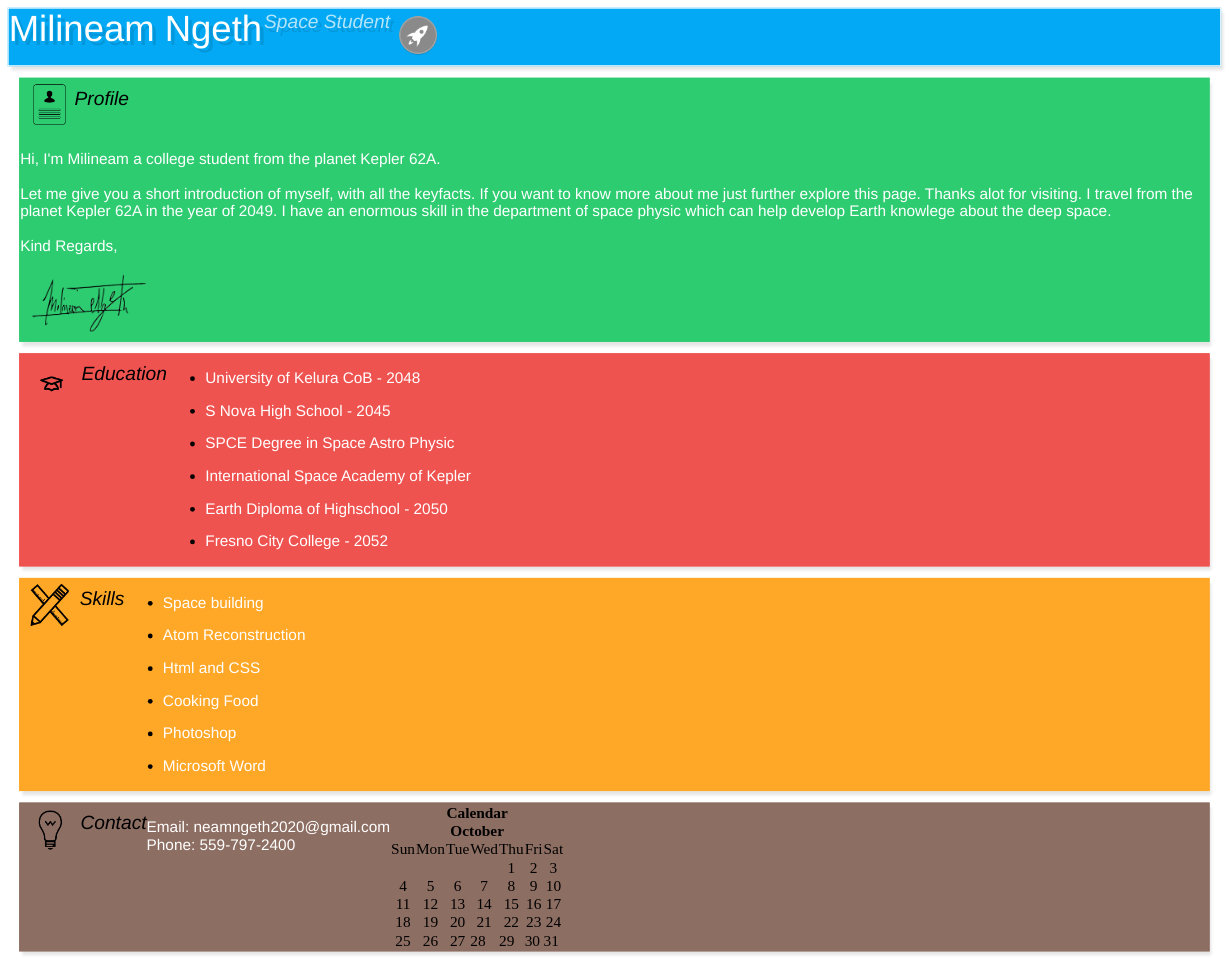
Repository: Milineam6162/workspace
Page: workspace 3/html/fourth.html
The author's editor kept a record of every edit. The page is drawn from the files as they stood at one moment, then again after the next edit.
The browser window is 1280 px wide. The pictures show the whole page, at 96% of full size.

Above is the page before.

### workspace 3/html/fourth.html
<!DOCTYPE html>
<html>
    <head>
        <title>Resume</title>
        <link rel="stylesheet" href="../css/page4.css" type="text/css" />
    </head>
    <body>
     <div class="container">
         <div class="head1">
             <p id="name">Milineam Ngeth</p>
             </div>
        <div class="head2">
             <p id="title"> Space Student</p>
             </div>
        <div>
            <img  class="allicon headimg" src="../images/icon/rocket2.png">
        </div>

     </div>
    <div class="container2">
         <div class="icon1">
             <img class="allicon" src="../images/icon/icon1.png">
        </div>
         <div>
            <p class="idea">Profile</p>
        </div>
        <div>
            <p class="bodytext"> Hi, I'm Milineam a college student from the planet Kepler 62A. <br> <br>Let me give you a short introduction of myself, with all the keyfacts. If you want to know more about me just further explore this page.
                        Thanks alot for visiting. I travel from the planet Kepler 62A in the year of 2049. I have an enormous skill in the department of space physic which can help develop Earth knowlege about the deep space.<br><br>Kind Regards, </p>
                        <img id="sign" src="../images/signature.png"></img>
        </div>

     </div>
     <div class="container3">
         <div class="icon1">
             <img class="allicon" src="../images/icon/edu.png">
        </div>
         <div>
            <p class="idea">Education</p>
        </div>
        <div>
            <div>
                <ul>
                    <li><p>University of Kelura CoB - 2048</p></li>
                    <li><p>S Nova High School - 2045</p></li>
                    <li><p>SPCE Degree in Space Astro Physic</p></li>
                    <li><p>International Space Academy of Kepler</p></li>
                    <li><p>Earth Diploma of Highschool - 2050</p></li>
                    <li><p>Fresno City College - 2052</p></li>
                </ul>

            </div>

        </div>

        </div>

     </div>
     <div class="container4">
         <div class="icon1">
             <img class="allicon" src="../images/icon/skills.png">
        </div>
         <div>
            <p class="idea">Skills</p>
        </div>
         <div>
                <ul>
                    <li><p>Space building</p></li>
                    <li><p>Atom Reconstruction</p></li>
                    <li><p>Html and CSS</p></li>
                    <li><p>Cooking Food</p></li>
                    <li><p>Photoshop</p></li>
                    <li><p>Microsoft Word</p></li>
                </ul>

            </div>

     </div>
     <div class="container5">
         <div class="icon1">
             <img class="allicon" src="../images/icon/light.png">
        </div>
         <div>
            <p class="idea">Contact</p>
        </div>
        <div>
            <div>
            <p class="bodytext"> Email: neamngeth2020@gmail.com <br> Phone: 559-797-2400<br></p>

        </div>



        </div>

         <div>
                <table border="0px" cellpadding="0" cellspacing="1" >
            <tr>
                <th colspan="7"> Calendar </th>

            </tr>
            <tr>
                <th colspan="7"> October </th>

            </tr>
            <tr>
                <td rowspan="1">

                 Sun</td>
                <td colspan="1" >Mon<center></center></td>
                <td rowspan="1"> <center>Tue</center></td>
                 <td rowspan="1"> Wed</td>
                  <td rowspan="1"> Thu</td>
                   <td rowspan="1"> <center>Fri</center></td>
                    <td rowspan="1"> Sat</td>
            </tr>
            <tr>
                <td rowspan="1"><span></span></td>
                <td colspan="1"><center><span></span></center></td>
                <td rowspan="1"><center></center></td>
                 <td rowspan="1"> <center></center></td>
                  <td rowspan="1"> <center>1</center></td>
                   <td rowspan="1"> <center>2</center></td>
                    <td rowspan="1"> <center>3</center></td>
            </tr>
            <tr>
                <td rowspan="1"> <center>4</center></td>

                <td rowspan="1"> <center>5</center></td>
           <td rowspan="1"> <center>6</center></td>
           <td rowspan="1"> <center>7</center></td>
           <td rowspan="1"> <center>8</center></td>
           <td rowspan="1"> <center>9</center></td>
           <td rowspan="1"> <center>10</center></td>
            </tr>
            <tr>
                <td rowspan="1"> <center>11</center></td>
                <td rowspan="1"> <center>12</center></td>
                <td rowspan="1"> <center>13</center></td>
                <td rowspan="1"> <center>14</center></td>
                <td rowspan="1"> <center>15</center></td>
                <td rowspan="1"> <center>16</center></td>
                <td rowspan="1"> <center>17</center></td>
            </tr>
            <tr>
                <td rowspan="1"> <center>18</center></td>
                <td rowspan="1"> <center>19</center></td>
                <td rowspan="1"> <center>20</center></td>
                <td rowspan="1"> <center>21</center></td>
                <td rowspan="1"> <center>22</center></td>
                <td rowspan="1"> <center>23</center></td>
                <td rowspan="1"> <center>24</center></td>
            </tr>
            <tr>
                <td rowspan="1"> <center>25</center></td>
                <td rowspan="1"> <center>26</center></td>
                <td rowspan="1"> <center>27</center></td>
                <td rowspan="1" class="day">28</td>
                <td rowspan="1"> <center></center>29</td>
                <td rowspan="1"> <center></center>30</td>
                <td rowspan="1"> <center></center>31</td>
            </tr>
        </table>

            </div>

     </div>

    </body>



</html>

### workspace 3/css/page4.css
.container {
    display:flex;
    border:1px solid #FFFFFF;
    background-color:#03A9F4;
    box-shadow: 3px 5px 3px rgba(0,0,0,0.1);
    flex-wrap:wrap;
}
.headimg {

}
.container2 {
    display:flex;
    border:1px solid #2ecc71;

    background-color:#2ecc71;
    box-shadow: 3px 5px 3px rgba(0,0,0,0.1);
    margin:12px;
    flex-wrap:wrap;
}
.container3 {
    display:flex;
    border:1px solid #EF5350;

    background-color:#EF5350;
    box-shadow: 3px 5px 3px rgba(0,0,0,0.1);
    margin:12px;
    flex-wrap:wrap;
}
.container4 {
    display:flex;
    border:1px solid #FFA726;

    background-color:#FFA726;
    box-shadow: 3px 5px 3px rgba(0,0,0,0.1);
    margin:12px;
    flex-wrap:wrap;
}
.container5 {
    display:flex;
    border:1px solid #8D6E63;

    background-color:#8D6E63;
    box-shadow: 3px 5px 3px rgba(0,0,0,0.1);
    margin:12px;
    flex-wrap:wrap;
}
#name {
    font-family:helvetica;
    font-size:38px;
    margin:0px;
     text-shadow: 4px 4px 0 rgba(0,0,0,0.1);
     color:#FFFFFF;
}
#title {
    font-family:helvetica;
    font-style:italic;
    font-size:20px;
    margin:2px;
     text-shadow: 4px 4px 0 rgba(0,0,0,0.1);
     color:#B3E5FC;
}
.allicon {
    height:45px;
    margin:5px;
}
.idea {
   font-family:helvetica;
    font-style:italic;
    font-size:20px;
    margin-top:9px;
    color:black;

}
.bodytext {
    font-family:helvetica
    color:white;
}
p {
    font-family:helvetica;
    color:white;

}
#sign {
    height:70px;
}

After the next edit:
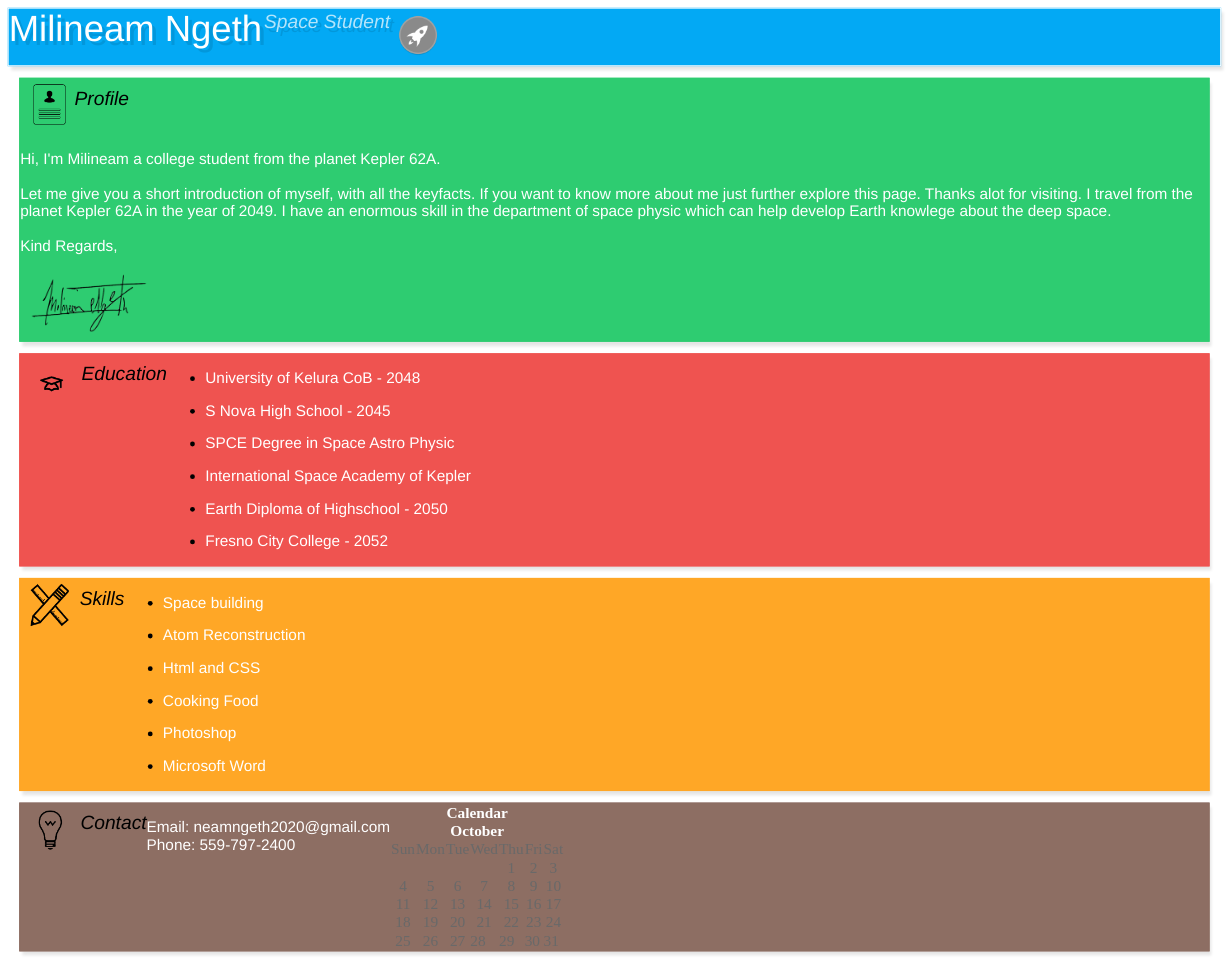
The edit:
--- a/workspace 3/css/page4.css
+++ b/workspace 3/css/page4.css
@@ -83,3 +83,13 @@ p {
 #sign {
     height:70px;
 }
+table {
+	color:#696969;
+}
+th {
+	color:white;
+}
+ tr {
+	text-decoration:underline
+	text-align: center;
+}
